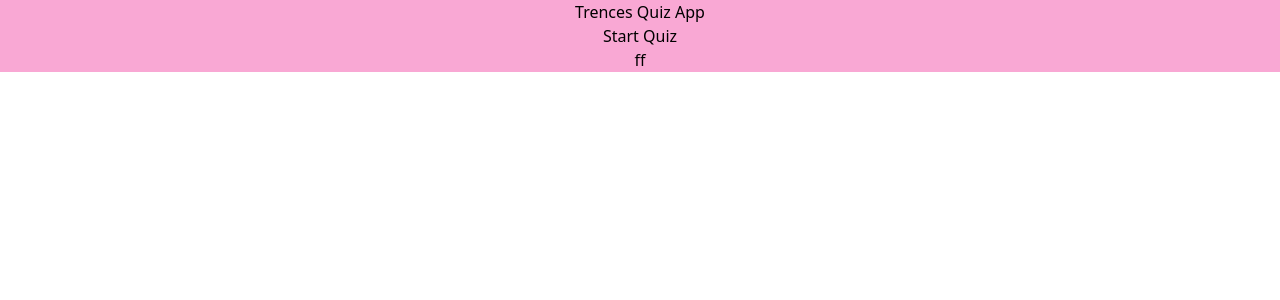
Repository: Semanmernstack/Quiz-react-app
Page: /
These files come from the project's save history. The page is drawn as it stood at one moment and after the next save; the edit follows.
The browser window is 1280 px wide. The pictures show the whole page.
The project was rebuilt for these pictures with package versions that can differ from the ones it lists, and the page was loaded fresh each time. Also part of the build but not shown: src/components/Quiz.js, src/components/End.js.

Above is the page before, as saved 2023-01-29 06:43:50.

### src/index.css
body {
  margin: 0;
}
@tailwind base;
@tailwind components;
@tailwind utilities;

### src/App.js
import { useState } from "react";
import Menu from "./components/Menu";
import Quiz from "./components/Quiz";
import End from "./components/End"
import { QuizContext } from "./Game/Context";
function App() {
  const [game, setGame] = useState("menu")
  return (
    <div className="text-center  max-w-7xl mx-auto bg-pink-300">
      <p className="">Trences Quiz App</p>
      <QuizContext.Provider value={{game, setGame}}  >
        {game === "menu" && <Menu/>}
        {game === "quiz" && <Quiz/>}
        {game === "End" && <End/>}

      </QuizContext.Provider>

    </div>
  );
}

export default App;

### src/components/Menu.js
import React, { useContext } from 'react'
import { QuizContext } from '../Game/Context'

function Menu() {
    const {game, setGame} = useContext(QuizContext)
  return (
    <div>
        <button onClick={() => {setGame("quiz")}} >Start Quiz</button>
        <p>ff</p>
    </div>
  )
}

export default Menu

### src/Game/Context.js
import { createContext } from "react";

export const QuizContext = createContext()

Loaded but not shown: public/index.html (common file); src/index.js (common file); src/reportWebVitals.js (common file); tailwind.config.js (common file)

After the next save:
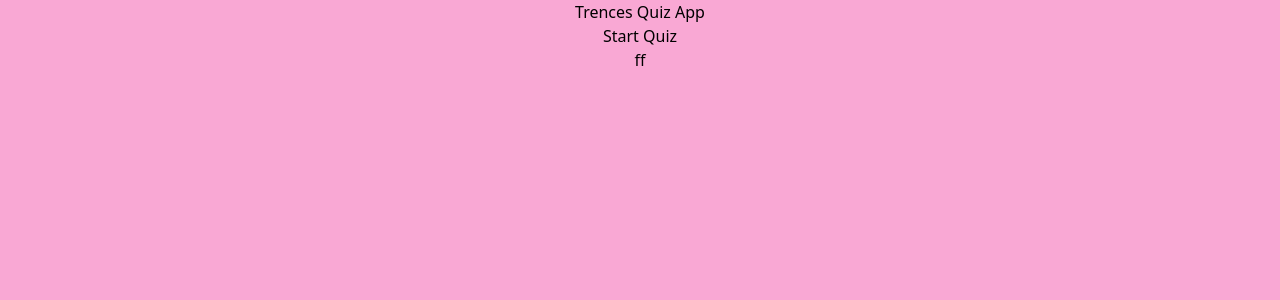
Saved 13 s later.
--- a/src/App.js
+++ b/src/App.js
@@ -6,7 +6,7 @@
 function App() {
   const [game, setGame] = useState("menu")
   return (
-    <div className="text-center  max-w-7xl mx-auto bg-pink-300">
+    <div className="text-center  max-w-7xl mx-auto bg-pink-300 h-screen">
       <p className="">Trences Quiz App</p>
       <QuizContext.Provider value={{game, setGame}}  >
         {game === "menu" && <Menu/>}

After the save that followed:
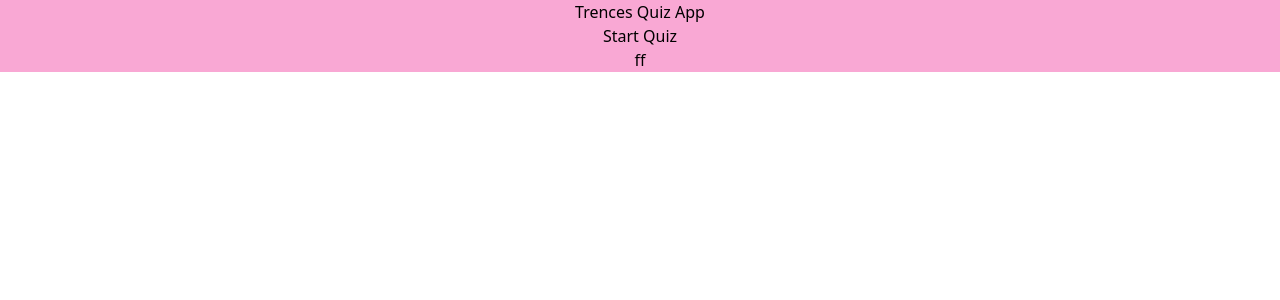
Saved 19 s later.
--- a/src/App.js
+++ b/src/App.js
@@ -6,7 +6,7 @@
 function App() {
   const [game, setGame] = useState("menu")
   return (
-    <div className="text-center  max-w-7xl mx-auto bg-pink-300 h-screen">
+    <div className="text-center  max-w-7xl mx-auto bg-pink-300 ">
       <p className="">Trences Quiz App</p>
       <QuizContext.Provider value={{game, setGame}}  >
         {game === "menu" && <Menu/>}
